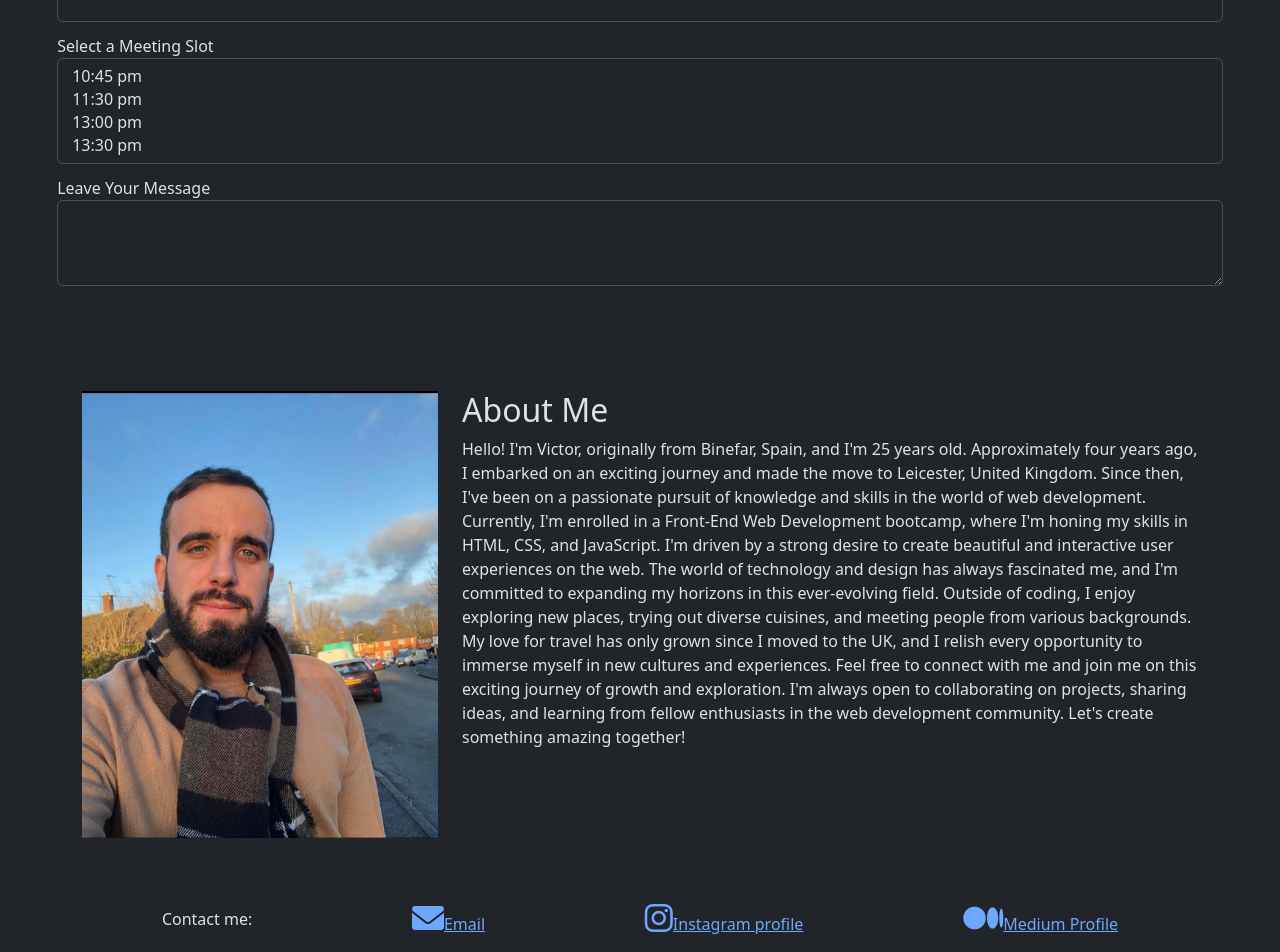
Repository: uvee35/Bootstrap-Portfolio
Page: index.html
An editor plug-in stored every save of this project. The page is shown before and after the next save, followed by the edit.
The browser window is 1280 px wide. The pictures show the part of the page from y = 1751 to 2703 px (the page is 2703 px tall).
A picture or video elsewhere on the page could not be fetched, so the positions and the page height are approximate.

Above is the page before, as saved 2023-12-18 21:24:13.

After the next save:
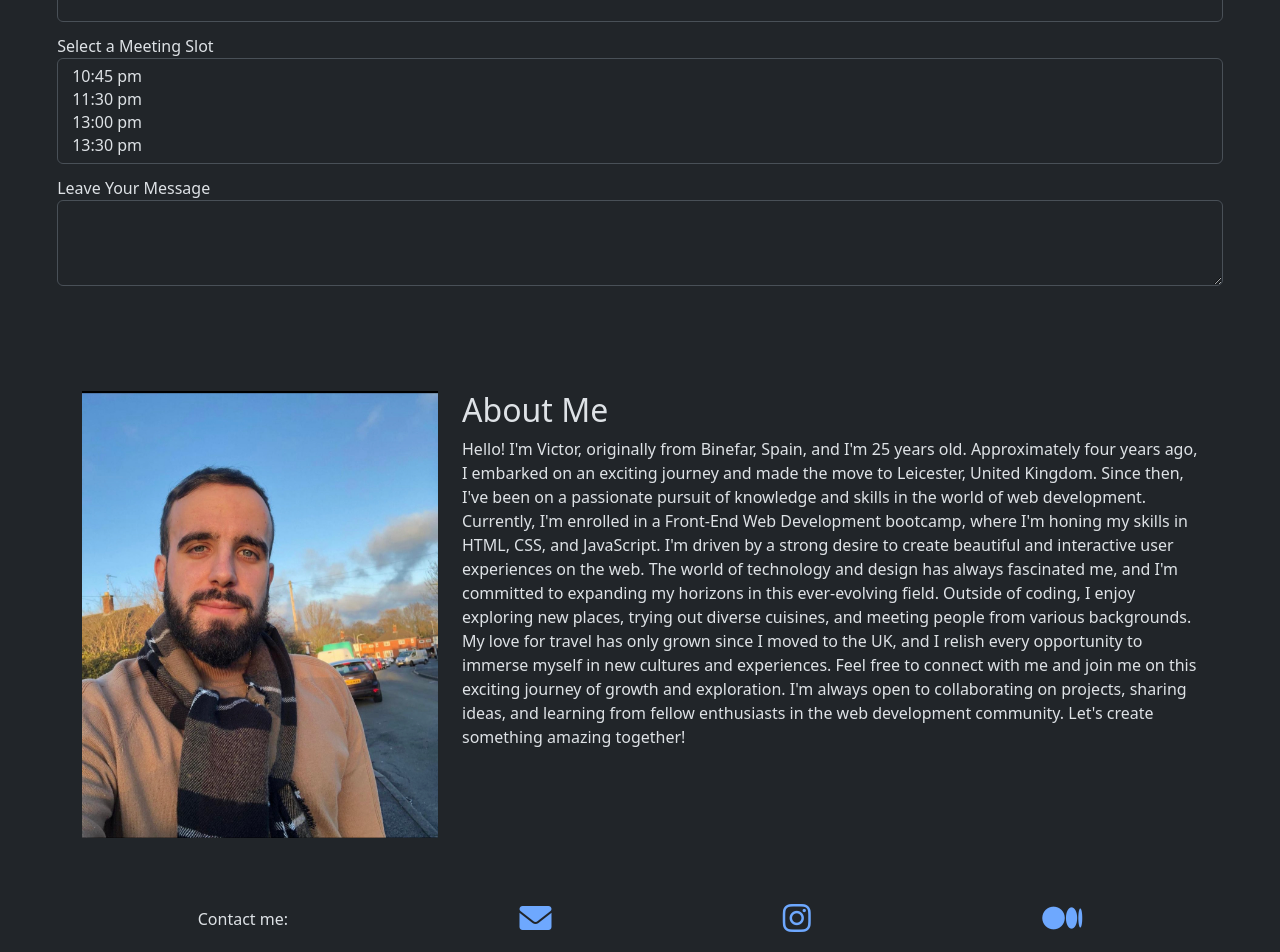
Saved 34 s later.
--- a/index.html
+++ b/index.html
@@ -322,14 +322,14 @@
         <div class="footer__contact-info">
         <span class="footer__contact-header">Contact me:</span>
         <a href="mailto:victormarquesrina@hotmail.com" class="contact-link">
-          <i class="fas fa-envelope social-icon"></i><span>Email</span>
+          <i class="fas fa-envelope social-icon"></i><span></span>
         </a>
         <a href="https://www.instagram.com/Uvee35" class="contact-link">
           <i class="fab fa-instagram social-icon"></i
-          ><span>Instagram profile</span>
+          ><span></span>
         </a>
         <a href="https://medium.com/@victor5.vm58" class="contact-link">
-          <i class="fab fa-medium social-icon" ></i><span>Medium Profile</span>
+          <i class="fab fa-medium social-icon" ></i><span></span>
 
         </div>
     </footer>
